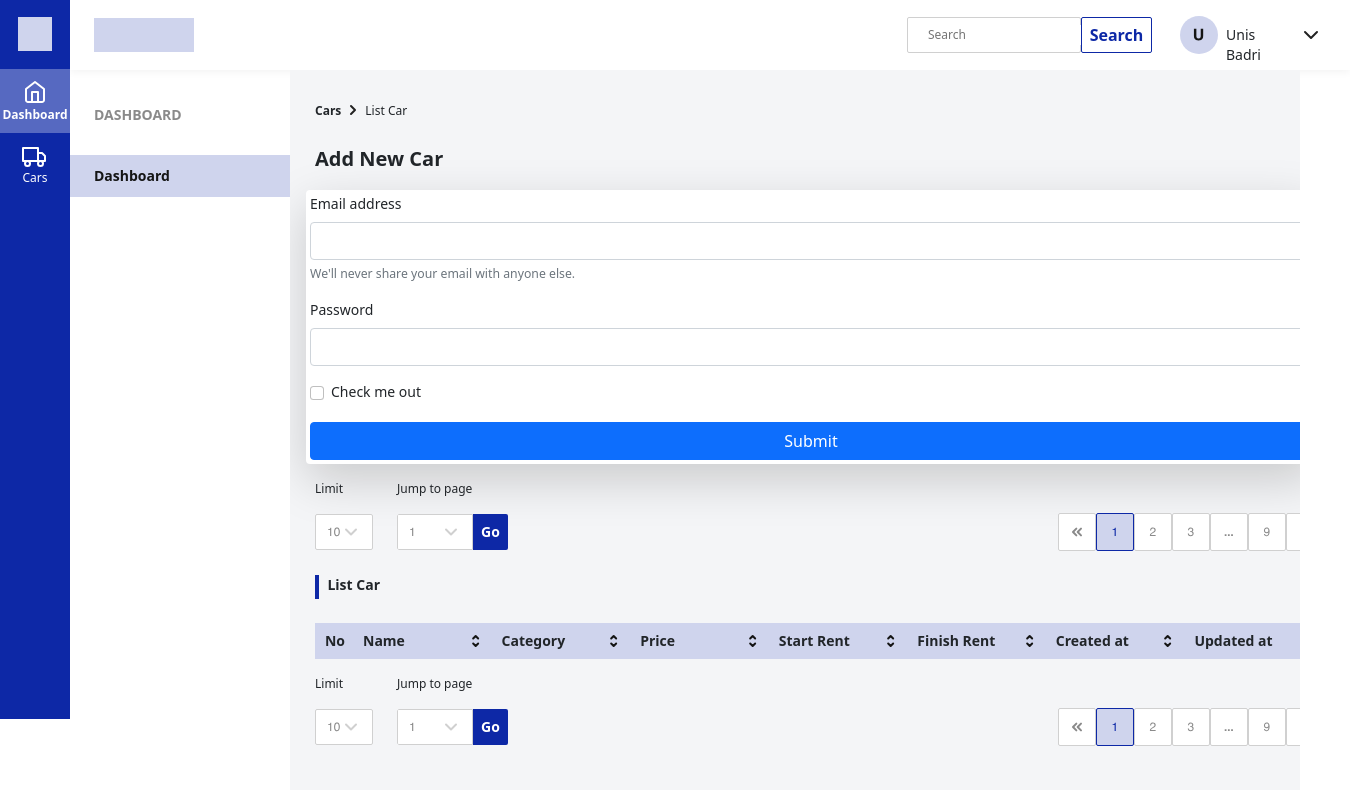
Repository: farrelmuhammad/challenge-7-binar
Page: /carlist/add
These files come from the project's save history. The page is drawn as it stood at one moment and after the next save; the edit follows.
The browser window is 1280 px wide. The page is 1350 px wide, so the pictures cover 1350 px, including what lies to the right of the window. The pictures show the whole page.
The project was rebuilt for these pictures with package versions that can differ from the ones it lists, and the page was loaded fresh each time. Also part of the build but not shown: src/component/navbar.js, src/component/header.js, src/component/footer.js, src/App.js, src/component/admin/Dashboard/index.jsx, src/pages/admin/Dashboard.js, src/component/admin/Cars/index.jsx, src/pages/admin/CarsList.js and 2 more.

Above is the page before, as saved 2022-05-27 21:08:03.

### src/index.css
body {
  font-family: Helvetica Neue, Helvetica, Arial, sans-serif;
  font-style: normal;
  font-weight: normal;
  font-size: 14px;
  line-height: 20px;
  margin: 0;
  padding: 0;
}

h1,
h2,
h3,
h4,
h5 {
  line-height: 150%;
}

.header{
  background-color: #F1F3FF;
}

.footer i {
  color: #0D28A6;
  font-size: x-large;
}

.bg-darkblue{
  background-color: #0D28A6;
}

.logo {
  background-color: #0D28A6;
  width: 100px;
  height: 34px;
}

code {
  font-family: source-code-pro, Menlo, Monaco, Consolas, 'Courier New',
    monospace;
}

.card-cari {
  width: 1047px;
  /* height: 106px; */
  margin-top: -50px;
  z-index: 2;
}
.button-cari {
  width: 92px !important;
  margin-top: 30px;
  height: 36px;
}
.activeCari {
  height: 100%;
  width: 0;
  position: fixed;
  z-index: 2;
  top: 0;
  left: 0;
  background-color: rgba(0, 0, 0, 0.5);
  overflow-x: hidden;
  transition: 0.5s;
  padding-top: 34px;
}

### src/component/admin/Navbar.jsx
import { Link } from 'react-router-dom';
import './Navbar.css';

const Navbar = () => {
  return (
    <header>
      {/* navbar top */}
      <div className="nav-top navbar">
        <div className="logo"></div>
        <span
          className="icon-menu iconify"
          data-icon="charm:menu-hamburger"
          data-width="24"
        ></span>
        <form className="nav-search d-flex">
          <div className="box-search">
            <span
              className="iconify"
              data-icon="akar-icons:search"
              data-width="18"
            ></span>
            <input type="search" placeholder="Search" />
          </div>
          <button className="button-search" type="submit">
            Search
          </button>
        </form>
        <div className="profile">
          <img src="img/profile.svg" alt="profile" />
          <p>Unis Badri</p>
          <img className="dropdown" src="img/dropdown.svg" alt="dropdown" />
        </div>
      </div>

      {/* navbar side */}
      <div className="nav-side">
        <div className="nav-blue">
          <div className="square"></div>
          <div className="frame-menu">
            <div className="dash-img" id="active">
              <a href="/dashboard">
                <img src="/img/dashboard.svg" alt="dashboard" />
              </a>
              <a href="/dashboard">Dashboard</a>
            </div>
            <div className="dash-img">
              <Link to="/carlist">
              <a>
                <img src="/img/cars.svg" alt="cars" />
                Cars
              </a>
              </Link>
            </div>
          </div>
        </div>
        <div className="nav-white">
          <div className="title-menu">
            <h1>DASHBOARD</h1>
          </div>
          <div className="list-menu">
            <h1>Dashboard</h1>
          </div>
        </div>
      </div>
    </header>
  );
};

export default Navbar;

### src/component/admin/Cars/add/index.jsx
import React from 'react'

export const AddCar = () => {
  return (
    <>
            <div className="content">
                <div className="breadcrumb">
                <h1>Cars</h1>
                <img src="../img/arrow-right.svg" alt="arrow-right" />
                <p>List Car</p>
                </div>
                <div className="col">
                    <h1 className="title-h1">Add New Car</h1>
                </div>



                <form className="container-list shadow-lg p-1 m-3 bg-body rounded d-flex flex-column" style={{width: '100%', height: '100'}}>
                    <div class="mb-3">
                        <label for="exampleInputEmail1" class="form-label">Email address</label>
                        <input type="email" class="form-control" id="exampleInputEmail1" aria-describedby="emailHelp"/>
                        <div id="emailHelp" class="form-text">We'll never share your email with anyone else.</div>
                    </div>
                    <div class="mb-3">
                        <label for="exampleInputPassword1" class="form-label">Password</label>
                        <input type="password" class="form-control" id="exampleInputPassword1"/>
                    </div>
                    <div class="mb-3 form-check">
                        <input type="checkbox" class="form-check-input" id="exampleCheck1"/>
                        <label class="form-check-label" for="exampleCheck1">Check me out</label>
                    </div>
                    <button type="submit" class="btn btn-primary">Submit</button>
                </form>

                {/* table navigation */}
                <div className="table-nav">
                <div className="limit-nav">
                    <p>Limit</p>
                    <img src="../img/form-drop.svg" alt="form-drop" />
                </div>
                <div className="jump-nav">
                    <p>Jump to page</p>
                    <img src="../img/form-drop-2.svg" alt="form-drop-2" />
                </div>
                <div className="go-nav">
                    <h1>Go</h1>
                </div>
                <div className="page-number">
                    <img src="../img/page-number.svg" alt="page-number" />
                </div>
                </div>

                <div className="list-car">
                <img src="../img/line-blue.svg" alt="" />
                <h1>List Car</h1>
                </div>
                {/* car table */}
                <div className="list-table">
                <table className="table table-borderless">
                    <thead>
                    <tr>
                        <th style={{ textAlign: "center" }}>No</th>
                        <th>
                        Name
                        <img className="sort" src="img/sort.svg" alt="sort" />
                        </th>
                        <th>
                        Category
                        <img className="sort" src="img/sort.svg" alt="sort" />
                        </th>
                        <th>
                        Price
                        <img className="sort" src="img/sort.svg" alt="sort" />
                        </th>
                        <th>
                        Start Rent
                        <img className="sort" src="img/sort.svg" alt="sort" />
                        </th>
                        <th>
                        Finish Rent
                        <img className="sort" src="img/sort.svg" alt="sort" />
                        </th>
                        <th>
                        Created at
                        <img className="sort" src="img/sort.svg" alt="sort" />
                        </th>
                        <th>
                        Updated at
                        <img className="sort" src="img/sort.svg" alt="sort" />
                        </th>
                    </tr>
                    </thead>
                    <tbody>
                    {/* {dataCarAdmin?.map((car, i) => (
                        <>
                        <tr>
                            <td key={car.id} style={{ textAlign: "center" }}>
                            {i + 1}
                            </td>
                            <td>{car.name}</td>
                            <td>{car.category}</td>
                            <td>{car.price}</td>
                            <td>{car.start_rent_at}</td>
                            <td>{car.finish_rent_at}</td>
                            <td>{car.createdAt}</td>
                            <td>{car.updatedAt}</td>
                        </tr>
                        </>
                    ))} */}
                    </tbody>
                </table>
                </div>

                {/* table navigation */}
                <div className="table-nav">
                <div className="limit-nav">
                    <p>Limit</p>
                    <img src="img/form-drop.svg" alt="form-drop" />
                </div>
                <div className="jump-nav">
                    <p>Jump to page</p>
                    <img src="img/form-drop-2.svg" alt="form-drop-2" />
                </div>
                <div className="go-nav">
                    <h1>Go</h1>
                </div>
                <div className="page-number">
                    <img src="img/page-number.svg" alt="page-number" />
                </div>
                </div>
            </div>
            </>
  )
}

export default AddCar

### src/component/admin/Navbar.css
h1 {
    font-size: 14px;
    line-height: 20px;
}

header .nav-top {
    position: absolute;
    width: 1280px;
    height: 70px;
    left: 70px;
    right: 0;
    top: 0px;
    box-shadow: 0px 2px 8px rgba(0, 0, 0, 0.05);
}

header .nav-top .logo {
    position: absolute;
    width: 100px;
    height: 34px;
    left: 24px;
    top: 18px;
    background: #CFD4ED;
}

header .nav-top .icon-menu {
    position: absolute;
    width: 24px;
    height: 24px;
    left: 244px;
    top: 23px;
}

header .nav-top .nav-search {
    display: flex;
    flex-direction: row;
    align-items: flex-start;
    padding: 0px;
    position: absolute;
    width: 245px;
    height: 36px;
    left: 837px;
    top: 17px;
}

header .nav-top .nav-search .box-search {
    display: flex;
    flex-direction: row;
    align-items: center;
    padding-left: 12px;
    width: 174px;
    height: 36px;
    border: 1px solid #D0D0D0;
    border-radius: 2px;
    font-size: 12px;
    line-height: 18px;
    color: #8A8A8A;
}

header .nav-top .nav-search .box-search > input {
    border: none;
    outline: none;
    padding-left: 8px;
}

header .nav-top .nav-search .button-search {
    display: flex;
    flex-direction: row;
    justify-content: center;
    align-items: center;
    padding: 8px 12px;
    width: 71px;
    height: 36px;
    background-color: white;
    border: 1px solid #0D28A6;
    border-radius: 2px;
    font-weight: 700;
    color:#0D28A6;
}

header .nav-top .profile {
    display: flex;
    flex-direction: row;
    align-items: center;
    position: absolute;
    width: 143px;
    height: 38px;
    left: 1110px;
    right: 24px;
    top: 16px;
}

header .nav-top .profile > p {
    position: absolute;
    width: 65px;
    height: 20px;
    left: 46px;
    top: 9px;
    font-weight: 400;
    font-size: 14px;
    line-height: 20px;
}

header .nav-top .profile .dropdown {
    position: absolute;
    width: 24px;
    height: 24px;
    left: 119px;
    top: 7px;
}

header .nav-side {
    position: absolute;
    width: 290px;
    height: 100%;
    left: 0px;
    top: -1px;
}

header .nav-side .nav-blue {
    position: absolute;
    left: 0%;
    right: 75.86%;
    top: 0%;
    bottom: 0%;
    background: #0D28A6;
}

header .nav-side .nav-blue .square {
    position: absolute;
    width: 34px;
    height: 34px;
    left: 18px;
    top: 18px;
    background: #CFD4ED;
}

header .nav-side .nav-blue .frame-menu {
    display: flex;
    flex-direction: column;
    align-items: flex-start;
    padding: 0px;
    position: absolute;
    width: 70px;
    height: 128px;
    left: 0px;
    top: 70px;
}

header .nav-side .nav-blue .frame-menu .dash-img {
    display: flex;
    flex-direction: column;
    justify-content: center;
    align-items: center;
    padding: 20px 23px;
    position: static;
    width: 70px;
    height: 64px;
    left: 0px;
    top: 0px;
}

#active {
    font-weight: 700;
    background: rgba(255, 255, 255, 0.3);
}

header .nav-side .nav-blue .frame-menu .dash-img a {
    font-size: 12px;
    line-height: 18px;
    margin-top: 2px;
    text-decoration: none;
    color: white;
}

header .nav-side .nav-blue img:last-child {
    margin-top: 0;
}

header .nav-side .nav-white {
    position: absolute;
    left: 24.14%;
    right: 0%;
    top: 7.76%;
    bottom: 0.22%;
}

header .nav-side .nav-white .title-menu {
    position: absolute;
    width: 220px;
    height: 42px;
    left: 24px;
    top: 50px;
}

header .title-menu h1 {
    font-weight: 700;
    color: #8A8A8A;
    left: 24px;
}

header .nav-side .nav-white .list-menu {
    position: static;
    margin-top: 100px;
    width: 220px;
    height: 42px;
    padding: 11px 24px;
    background: #CFD4ED;
}

header .list-menu h1 {
    font-weight: 700;
    color: #151515;
    left: 24px;
}

### src/component/admin/Dashboard/Content.css
.content {
    position: absolute;
    overflow: auto;
    left: 290px;
    top: 70px;
    /* width: 1280px; */
    height: 100%;
    background: #F4F5F7;
    font-size: 14px;
    line-height: 20px;
}

.content .breadcrumb {
    position: absolute;
    width: 300px;
    height: 18px;
    left: 25px;
    top: 32px;
}

.content .breadcrumb > h1 {
    font-size: 12px;
    line-height: 18px;
    font-weight: 700;
}

.content .breadcrumb > p {
    font-size: 12px;
    line-height: 18px;
    font-weight: 300;
}

.content .breadcrumb > img {
    width: 16px;
    height: 16px;
    margin-left: 4px;
    margin-right: 4px;
}

.content .title-h1 {
    font-size: 20px;
    line-height: 30px;
    font-weight: 700;
    margin-left: 25px;
    margin-top:74px;
}

.content .list-order {
    margin-top: 24px;
    position: absolute;
    width: 79px;
    height: 24px;
    margin-left: 25px;
}

.content .list-order > img {
    width: 4px;
    height: 24px;
}

.content .list-order > h1 {
    float: right;
    font-weight: 700;
    margin-left: 8px;
}

.content .list-table table {
    margin-left: 25px;
    margin-top: 72px;
    width: 100%;
    table-layout: fixed;
    background-color: white;
    border: 1px solid none;
    border-radius: 2px;
}

.content .list-table table thead {
    background-color: rgba(207, 212, 237, 1);
    font-weight: 700;
}

.content .list-table table thead th:first-child {
    width: 40px;
}

.content .list-table table thead th > img {
    float: right;
}

.content .table-nav {
    display: flex;
    flex-direction: row;
    width: 1010px;
    font-size: 12px;
    line-height: 18px;
    font-weight: 300;
}

.content .table-nav .limit-nav{
    margin-left: 25px;
}

.content .table-nav .limit-nav p {
    font-size: 12px;
    line-height: 18px;
}

.content .table-nav .jump-nav {
    margin-left: 24px;
}

.content .table-nav .jump-nav p {
    font-size: 12px;
    line-height: 18px;
}

.content .table-nav .go-nav {
    width: 43px;
    height: 36px;
    margin-top: 34px;
    background: #0D28A6;
    border-radius: 0px 2px 2px 0px;
}

.content .table-nav .go-nav > h1 {
    text-align: center;
    font-weight: bold;
    color: white;
    padding: 8px 8px;
}

.content .table-nav .page-number {
    margin-top: 33px;
    margin-left: 550px;
}

.content .list-car {
    margin-top: 24px;
    position: absolute;
    width: 65px;
    height: 24px;
    margin-left: 25px;
}

.content .list-car > img {
    width: 4px;
    height: 24px;
}

.content .list-car > h1 {
    float: right;
    font-weight: 700;
    margin-left: 8px;
}

.content .title-button-car {
    display: inline-flex;
}

.content .title-button-car > h1 {
    margin-right: 800px;
}

.content .title-button-car > a img {
    margin-top: 74px;
}

.content .button-category {
    margin-top: 24px;
    margin-left: 8px;
    display: inline-flex;
}

.content .button-category img {
    margin-left: 16px;
}

.content .cars-card {
    width: 320px;
    height: 482px;
    margin-left: 25px;
    margin-top: 24px;
    box-shadow: 0px 0px 4px rgba(0, 0, 0, 0.15);
    border-radius: 8px;
}

.content .cars-card .card-img-top {
    width: 270px;
    height: 160px;
    margin: auto;
    margin-top: 55px;
}

.content .cars-card .card-body {
    padding: 24px;
}

.content .cars-card .card-body .bold-h1 {
    font-weight: 700;
    font-size: 16px;
    line-height: 24px;
    margin-bottom: 0;
}

.content .cars-card .card-body-text {
    display: inline-flex;
    width: 303px;
    height: 20px;
    margin-top: 16px;
}

.content .cars-card .card-body-text img {
    margin-right: 8px;
    width: 20px;
    height: 20px;
}

.content .cars-card .button-card {
    display: inline-flex;
    margin-left: 8px;
    margin-top: 24px;
}

.content .cars-card .button-card img {
    width: 120px;
}

.content .cars-card .button-card img:last-child {
    margin-left: 16px;
}

.content .form-add-new-car {
    width: 1010px;
    height: 350px;
    background: white;
    margin-top: 32px;
    margin-left: 25px;
}

.content .form-add-new-car .content-form {
    padding-top: 16px;
    padding-left: 25px;
    font-weight: 300;
    font-size: 12px;
    line-height: 18px;
}

.content .form-add-new-car .content-form label {
    width: 147px;
}

.content .form-add-new-car .content-form input {
    width: 339px;
    height:auto;
    border: 1px solid #D0D0D0;
    border-radius: 2px;
    color: #8A8A8A;
    font-weight: 300;
    font-size: 12px;
    line-height: 18px;
}

.content .form-add-new-car .content-form .content-box {
    margin-left: 4px;
}

.content .form-add-new-car .content-h1 h1 {
    display: inline-flex;
    margin-left: 25px;
    margin-top: 16px;
    font-weight: 300;
    font-size: 12px;
    line-height: 18px;
}

.content .form-add-new-car .content-h1 h1:first-child {
    width: 147px;
}

.content .form-add-new-car .content-h1 h1:last-child {
    margin-left: 8px;
}

.content .button-form {
    display: inline-flex;
    margin-left: 9px;
}

.content .button-form img {
    margin-left: 16px;
    margin-top: 282px;
    margin-bottom: 40px;
}

### src/component/admin/Cars/Content.css
.content {
    position: absolute;
    overflow: auto;
    left: 290px;
    top: 70px;
    /* width: 1280px; */
    height: 100%;
    background: #F4F5F7;
    font-size: 14px;
    line-height: 20px;
}

.content .breadcrumb {
    position: absolute;
    width: 300px;
    height: 18px;
    left: 25px;
    top: 32px;
}

.content .breadcrumb > h1 {
    font-size: 12px;
    line-height: 18px;
    font-weight: 700;
}

.content .breadcrumb > p {
    font-size: 12px;
    line-height: 18px;
    font-weight: 300;
}

.content .breadcrumb > img {
    width: 16px;
    height: 16px;
    margin-left: 4px;
    margin-right: 4px;
}

.content .title-h1 {
    font-size: 20px;
    line-height: 30px;
    font-weight: 700;
    margin-left: 25px;
    margin-top:74px;
}

.content .list-order {
    margin-top: 24px;
    position: absolute;
    width: 79px;
    height: 24px;
    margin-left: 25px;
}

.content .list-order > img {
    width: 4px;
    height: 24px;
}

.content .list-order > h1 {
    float: right;
    font-weight: 700;
    margin-left: 8px;
}

.content .list-table table {
    margin-left: 25px;
    margin-top: 72px;
    width: 100%;
    table-layout: fixed;
    background-color: white;
    border: 1px solid none;
    border-radius: 2px;
}

.content .list-table table thead {
    background-color: rgba(207, 212, 237, 1);
    font-weight: 700;
}

.content .list-table table thead th:first-child {
    width: 40px;
}

.content .list-table table thead th > img {
    float: right;
}

.content .table-nav {
    display: flex;
    flex-direction: row;
    width: 1010px;
    font-size: 12px;
    line-height: 18px;
    font-weight: 300;
}

.content .table-nav .limit-nav{
    margin-left: 25px;
}

.content .table-nav .limit-nav p {
    font-size: 12px;
    line-height: 18px;
}

.content .table-nav .jump-nav {
    margin-left: 24px;
}

.content .table-nav .jump-nav p {
    font-size: 12px;
    line-height: 18px;
}

.content .table-nav .go-nav {
    width: 43px;
    height: 36px;
    margin-top: 34px;
    background: #0D28A6;
    border-radius: 0px 2px 2px 0px;
}

.content .table-nav .go-nav > h1 {
    text-align: center;
    font-weight: bold;
    color: white;
    padding: 8px 8px;
}

.content .table-nav .page-number {
    margin-top: 33px;
    margin-left: 550px;
}

.content .list-car {
    margin-top: 24px;
    position: absolute;
    width: 65px;
    height: 24px;
    margin-left: 25px;
}

.content .list-car > img {
    width: 4px;
    height: 24px;
}

.content .list-car > h1 {
    float: right;
    font-weight: 700;
    margin-left: 8px;
}

.content .title-button-car {
    display: inline-flex;
}

.content .title-button-car > h1 {
    margin-right: 800px;
}

.content .title-button-car > a img {
    margin-top: 74px;
}

.content .button-category {
    margin-top: 24px;
    margin-left: 8px;
    display: inline-flex;
}

.content .button-category img {
    margin-left: 16px;
}

.content .cars-card {
    width: 320px;
    height: 482px;
    margin-left: 25px;
    margin-top: 24px;
    box-shadow: 0px 0px 4px rgba(0, 0, 0, 0.15);
    border-radius: 8px;
}

.content .cars-card .card-img-top {
    width: 270px;
    height: 160px;
    margin: auto;
    margin-top: 55px;
}

.content .cars-card .card-body {
    padding: 24px;
}

.content .cars-card .card-body .bold-h1 {
    font-weight: 700;
    font-size: 16px;
    line-height: 24px;
    margin-bottom: 0;
}

.content .cars-card .card-body-text {
    display: inline-flex;
    width: 303px;
    height: 20px;
    margin-top: 16px;
}

.content .cars-card .card-body-text img {
    margin-right: 8px;
    width: 20px;
    height: 20px;
}

.content .cars-card .button-card {
    display: inline-flex;
    margin-left: 8px;
    margin-top: 24px;
}

.content .cars-card .button-card img {
    width: 120px;
}

.content .cars-card .button-card img:last-child {
    margin-left: 16px;
}

.content .form-add-new-car {
    width: 1010px;
    height: 350px;
    background: white;
    margin-top: 32px;
    margin-left: 25px;
}

.content .form-add-new-car .content-form {
    padding-top: 16px;
    padding-left: 25px;
    font-weight: 300;
    font-size: 12px;
    line-height: 18px;
}

.content .form-add-new-car .content-form label {
    width: 147px;
}

.content .form-add-new-car .content-form input {
    width: 339px;
    height:auto;
    border: 1px solid #D0D0D0;
    border-radius: 2px;
    color: #8A8A8A;
    font-weight: 300;
    font-size: 12px;
    line-height: 18px;
}

.content .form-add-new-car .content-form .content-box {
    margin-left: 4px;
}

.content .form-add-new-car .content-h1 h1 {
    display: inline-flex;
    margin-left: 25px;
    margin-top: 16px;
    font-weight: 300;
    font-size: 12px;
    line-height: 18px;
}

.content .form-add-new-car .content-h1 h1:first-child {
    width: 147px;
}

.content .form-add-new-car .content-h1 h1:last-child {
    margin-left: 8px;
}

.content .button-form {
    display: inline-flex;
    margin-left: 9px;
}

.content .button-form img {
    margin-left: 16px;
    margin-top: 282px;
    margin-bottom: 40px;
}

.container-car {
    display: grid;
    grid-template-columns: repeat(3, 1fr);
}

.card {
    display: flex;
    flex-direction: column;
    align-items: flex-start;
    padding: 24px;
    gap: 24px;

    background: #FFFFFF;
    /* Shadow/Low */

    box-shadow: 0px 0px 4px rgba(0, 0, 0, 0.15);
    border-radius: 8px;
    margin: 20px;
    padding: 1em;
}

.image img{
    width: 100%;
    height: 200px;
    object-fit: cover;
}

.img-placeholder {
    width: 100%;
    height: 200px;
    background-color: #ebebeb;
}

.info {
    padding: 1em 0;
}

.price {
    font-weight: bold;
}

.info ul li {
    list-style-type: none;
}

Loaded but not shown: public/index.html (common file); src/app/store.js (common file); src/reportWebVitals.js (common file); src/features/counter/counterAPI.js (common file); src/features/counter/counterSlice.js (73 lines, source omitted); src/Routes.js (25 lines, source omitted); src/index.js (26 lines, source omitted); src/pages/admin/AddCar.js (14 lines, source omitted)

After the next save:
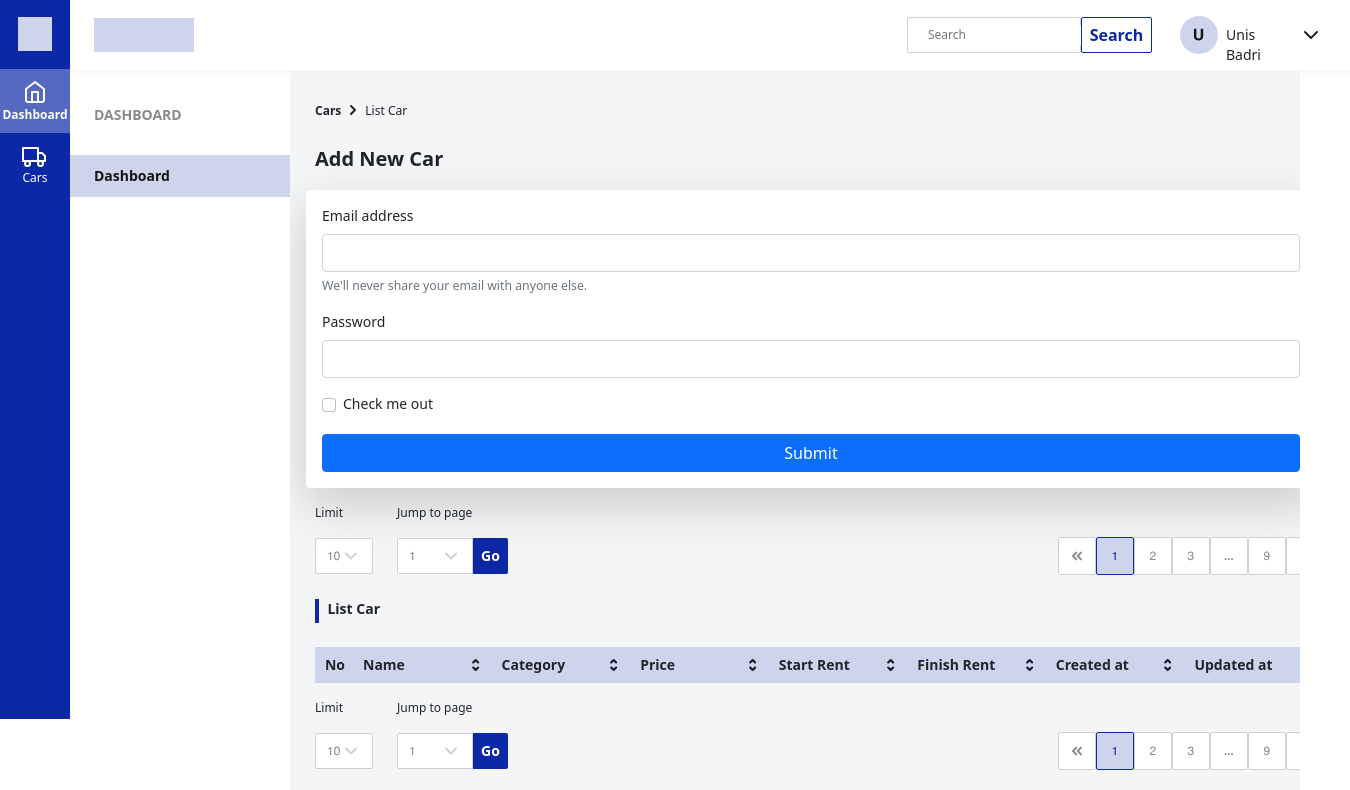
Saved 5 s later.
--- a/src/component/admin/Cars/add/index.jsx
+++ b/src/component/admin/Cars/add/index.jsx
@@ -15,7 +15,7 @@ export const AddCar = () => {
 
 
 
-                <form className="container-list shadow-lg p-1 m-3 bg-body rounded d-flex flex-column" style={{width: '100%', height: '100'}}>
+                <form className="container-list shadow-lg p-3 m-3 bg-body rounded d-flex flex-column" style={{width: '100%', height: '100'}}>
                     <div class="mb-3">
                         <label for="exampleInputEmail1" class="form-label">Email address</label>
                         <input type="email" class="form-control" id="exampleInputEmail1" aria-describedby="emailHelp"/>
